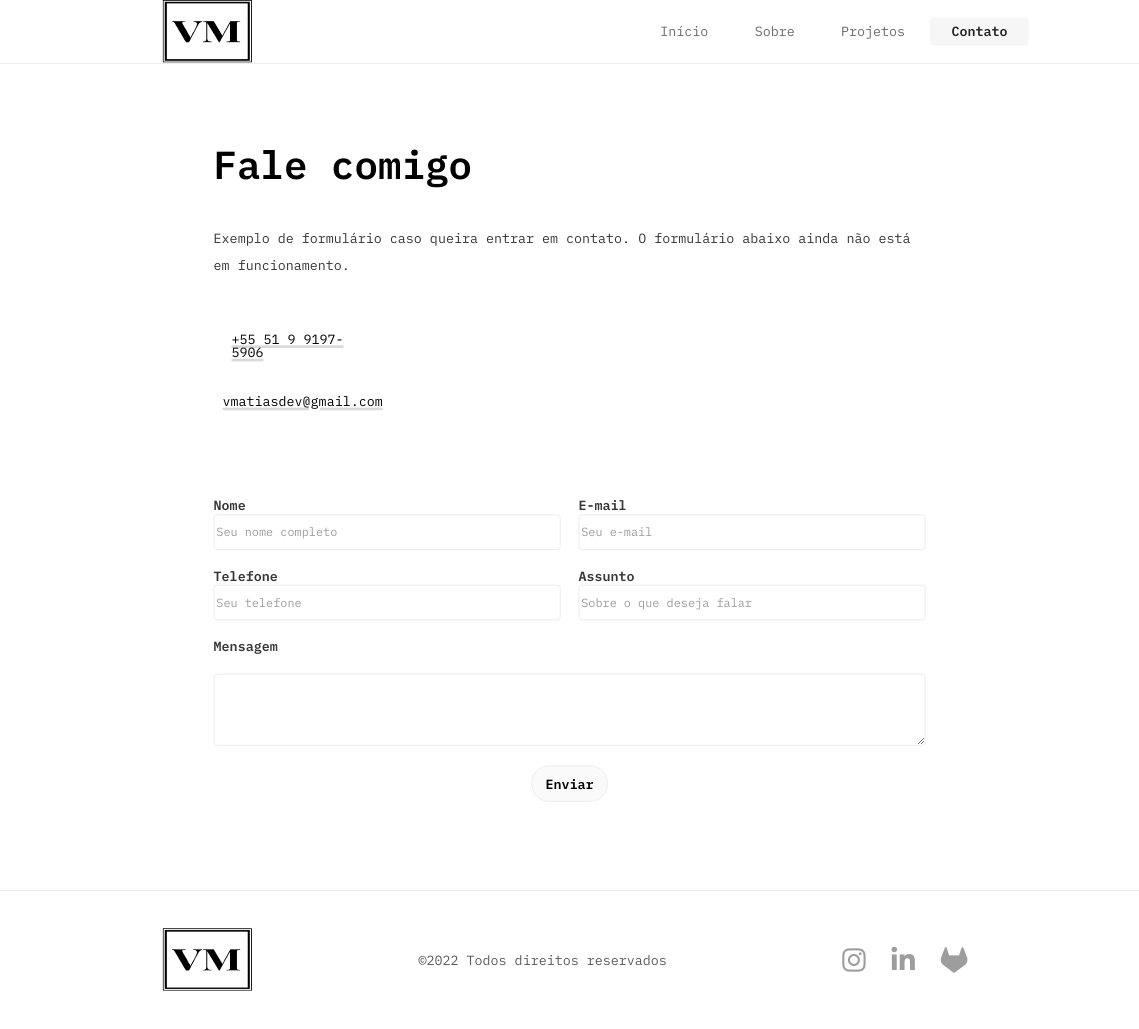
Repository: viictormatias/viictormatias.github.io
Page: contact.html
The author's editor kept a copy of each file at every save. The page is drawn from the files as they stood at one save, then again after the next save.
The browser window is 1280 px wide. The pictures show the whole page, at 89% of full size.
Some web libraries are served in a nearby version.

Above is the page before, as saved 2023-01-23 09:47:58.

After the next save:
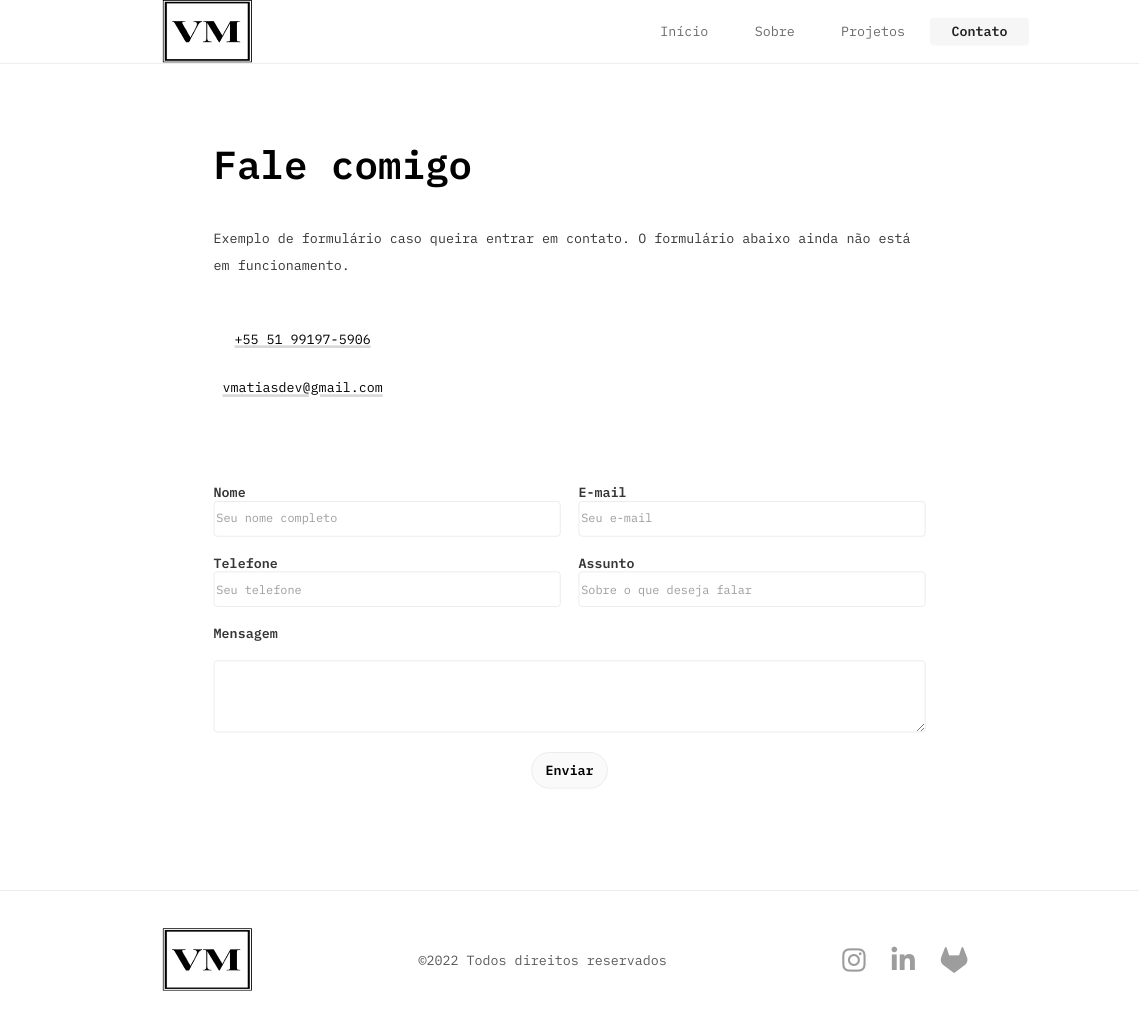
Saved 33 s later.
--- a/contact.html
+++ b/contact.html
@@ -50,7 +50,7 @@
             <h1 class="projects__h1">Fale comigo</h1>
             <p class="projects__text">Exemplo de formulário caso queira entrar em contato. O formulário abaixo ainda não está em funcionamento.</p>
             <div class="mailtel">
-                <p class="info">+55 51 9 9197-5906</p>
+                <p class="info">+55 51 99197-5906</p>
                 <p class="info">vmatiasdev@gmail.com</p>
             </div>
         </div>
